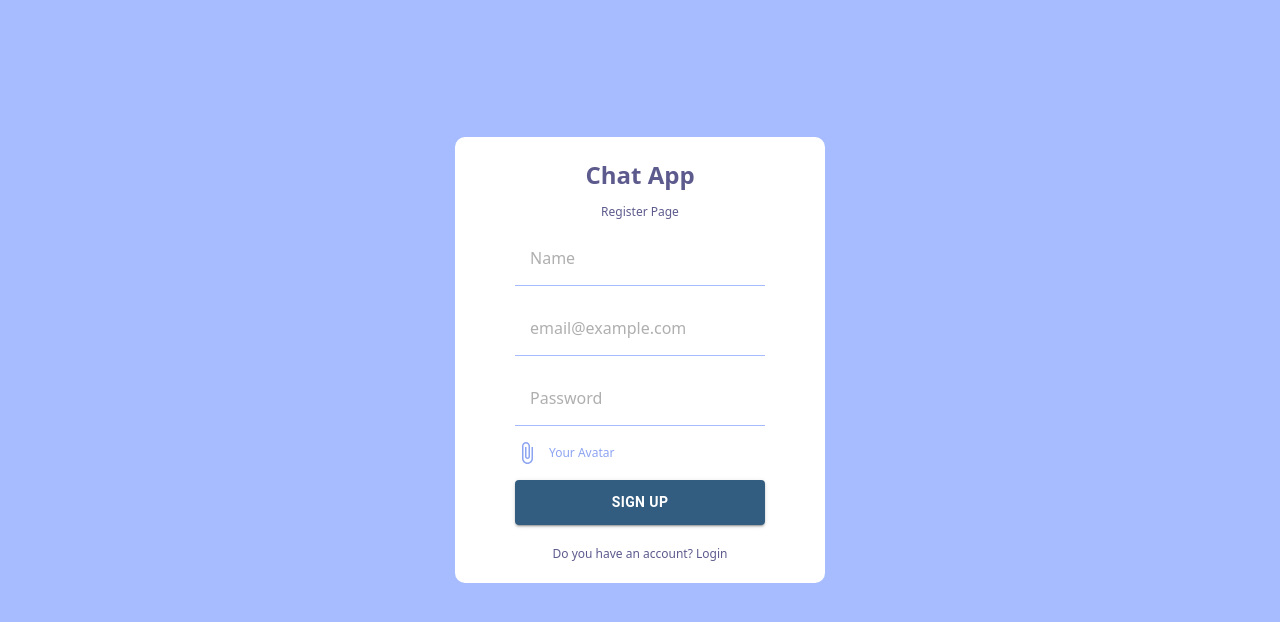
Repository: Nurlan-Bakenbaev/chat-app
Page: /register
An editor plug-in stored every save of this project. The page is shown before and after the next save, followed by the edit.
The browser window is 1280 px wide. The pictures show the whole page.
The project was rebuilt for these pictures with package versions that can differ from the ones it lists, and the page was loaded fresh each time. Also part of the build but not shown: vite.config.js, src/components/Search.jsx, src/components/Chats.jsx, src/components/Navbar.jsx, src/components/SideBar.jsx, src/components/Message.jsx, src/components/Messages.jsx, src/components/Input.jsx and 2 more. Imported but missing from the stored project, and not drawn on this page: src/pages/Login.

Above is the page before, as saved 2023-08-23 19:48:08.

### index.html
<!doctype html>
<html lang="en">
  <head>
    <meta charset="UTF-8" />
    <link rel="preconnect" href="https://fonts.googleapis.com">
<link rel="preconnect" href="https://fonts.gstatic.com" crossorigin>
<link href="https://fonts.googleapis.com/css2?family=Montserrat:wght@400;600&display=swap" rel="stylesheet">
    <link rel="icon" type="image/svg+xml" href="/vite.svg" />
    <meta name="viewport" content="width=device-width, initial-scale=1.0" />
    <title>Chat App</title>
  </head>
  <body>
    <div id="root"></div>
    <script type="module" src="/src/main.jsx"></script>
  </body>
</html>

### src/main.jsx
import React from "react";
import ReactDOM from "react-dom/client";
import App from "./App.jsx";
import "./index.css";
import { ChatContextProvider } from "./components/context/ChatContext.jsx";
import { AuthContextProvider } from "./components/context/AuthContext.jsx";
ReactDOM.createRoot(document.getElementById("root")).render(
  <AuthContextProvider>
    <ChatContextProvider>
      <React.StrictMode>
        <App />
      </React.StrictMode>
    </ChatContextProvider>
  </AuthContextProvider>
);

### src/App.jsx
import "./style.scss";
import "./App.css";
import { BrowserRouter, Routes, Route, Navigate } from "react-router-dom";
import Register from "./pages/Register";
import Home from "./pages/Home";
import Login from "./pages/Login";
import { useContext } from "react";
import { AuthContext } from "./components/context/AuthContext";

function App() {
  const { currentUser } = useContext(AuthContext);

  const ProtectedRoute = ({ children }) => {
    if (!currentUser) {
      return <Navigate to="/" />;
    }
    return children;
  };
  return (
    <BrowserRouter>
      <Routes>
        <Route path="/" element={<Login />} />
        <Route path="/register" element={<Register />} />
        <Route
          path="/home"
          index
          element={
            <ProtectedRoute>
              <Home />
            </ProtectedRoute>
          }
        />
      </Routes>
    </BrowserRouter>
  );
}

export default App;

### src/components/context/ChatContext.jsx
import { createContext, useContext, useReducer } from "react";
import { AuthContext } from "./AuthContext";

export const ChatContext = createContext();

export const ChatContextProvider = ({ children }) => {
  const { currentUser } = useContext(AuthContext);
  const INITIAL_STATE = {
    chatId: "null",
    user: {},
  };

  const chatReducer = (state, action) => {
    switch (action.type) {
      case "CHANGE_USER":
        return {
          user: action.payload,
          chatId:
            currentUser.uid > action.payload.uid
              ? currentUser.uid + action.payload.uid
              : action.payload.uid + currentUser.uid,
        };

      default:
        return state;
    }
  };

  const [state, dispatch] = useReducer(chatReducer, INITIAL_STATE);

  return (
    <ChatContext.Provider value={{ data: state, dispatch }}>
      {children}
    </ChatContext.Provider>
  );
};

### src/components/context/AuthContext.jsx
import { createContext, useEffect, useState } from "react";
import { auth } from "../../firebase";
import { onAuthStateChanged } from "firebase/auth";

export const AuthContext = createContext();

export const AuthContextProvider = ({ children }) => {
  const [currentUser, setCurrentUser] = useState({});

  useEffect(() => {
    const unsub = onAuthStateChanged(auth, (user) => {
      setCurrentUser(user);
      console.log(user);
    });

    return () => {
      unsub();
    };
  }, []);

  return (
    <AuthContext.Provider value={{ currentUser }}>
      {children}
    </AuthContext.Provider>
  );
};

### src/style.scss
@mixin mobile {
  @media screen and (max-width: 480px) {
    @content;
  }
}
@mixin tablet {
  @media screen and (max-width: 768px) {
    @content;
  }
}
@mixin laptop {
  @media screen and (max-width: 1200px) {
    @content;
  }
}

.formContainer {
  background-color: #a7bcff;
  height: 100vh;
  display: flex;
  align-items: center;
  justify-content: center;

  .formWrapper {
    background-color: white;
    padding: 20px 60px;
    border-radius: 10px;
    display: flex;
    flex-direction: column;
    gap: 10px;
    align-items: center;

    .logo {
      color: #5d5b8d;
      font-weight: bold;
      font-size: 24px;

    }

    .title {
      color: #5d5b8d;
      font-size: 12px;
    }

    form {
      display: flex;
      flex-direction: column;
      gap: 15px;

      input {
        padding: 15px;
        border: none;
        width: 250px;
        border-bottom: 1px solid #a7bcff;
        &::placeholder {
          color: rgb(175, 175, 175);
        }
      }
@mixin mobile {
  @media screen and (max-width: 480px) {
    @content;
  }
}
@mixin tablet {
  @media screen and (max-width: 768px) {
    @content;
  }
}
@mixin laptop {
  @media screen and (max-width: 1200px) {
    @content;
  }
}

.formContainer {
  background-color: #a7bcff;
  height: 100vh;
  display: flex;
  align-items: center;
  justify-content: center;

  .formWrapper {
    background-color: white;
    padding: 20px 60px;
    border-radius: 10px;
    display: flex;
    flex-direction: column;
    gap: 10px;
    align-items: center;

    .logo {
      color: #5d5b8d;
      font-weight: bold;
      font-size: 24px;

    }

    .title {
      color: #5d5b8d;
      font-size: 12px;
    }

    form {
      display: flex;
      flex-direction: column;
      gap: 15px;

      input {
        padding: 15px;
        border: none;
        width: 250px;
        border-bottom: 1px solid #a7bcff;
        &::placeholder {
          color: rgb(175, 175, 175);
        }
      }

      button {
        background-color: #7b96ec;
        color: white;
        padding: 10px;
        font-weight: bold;
        border: none;
        cursor: pointer;
      }

      label {
        display: flex;
        align-items: center;
        gap: 10px;
        color: #000000;
        font-size: 12px;
        cursor: pointer;
        transition: scale 0.3s ease-in;
        &:hover{
          transform: scale(1.05);
        }
      }

    }
    p {
      color: #5d5b8d;
      font-size: 12px;
      margin-top: 10px;
    }
  }
}

.home {
  background-color: #a7bcff;
  height: 100vh;
  display: flex;
  align-items: center;
  justify-content: center;

  .container {
    border: 1px solid white;
    border-radius: 10px;
    width: 65%;
    height: 80%;
    display: flex;
    overflow: hidden;
    @include tablet {
     width: 90%;
    }

    .sidebar {
      flex: 1;
      background-color: #3e3c61;
      position: relative;

      .navbar {
        display: flex;
        align-items: center;
        background-color: #2f2d52;
        height: 50px;
        padding: 10px;
        justify-content: space-between;
        color: #ddddf7;

        .logo {
          font-weight: bold;
          @include tablet {
            display: none;
          }
        }

        .user {
          display: flex;
          gap: 10px;

          img {
            background-color: #ddddf7;
            height: 24px;
            width: 24px;
            border-radius: 50%;
            object-fit: cover;
          }

          button {
            background-color: #5d5b8d;
            color: #ddddf7;
            font-size: 10px;
            border: none;
            cursor: pointer;
            @include tablet {
              position: absolute;
              bottom: 10px;
            }
          }
        }
      }
      .search {
        border-bottom: 1px solid gray;

        .searchForm {
          padding: 10px;

          input {
            background-color: transparent;
            border: none;
            color: white;
            outline: none;

            &::placeholder {
              color: lightgray;
            }
          }
        }
      }

      .userChat {
        padding: 10px;
        display: flex;
        align-items: center;
        gap: 10px;
        color: white;
        cursor: pointer;

        &:hover {
          background-color: #2f2d52;
        }

        img {
          width: 50px;
          height: 50px;
          border-radius: 50%;
          object-fit: cover;
        }

        .userChatInfo {
          span {
            font-size: 18px;
            font-weight: 500;
          }
          p {
            font-size: 14px;
            color: lightgray;
          }
        }
      }
    }
    .chat {
      flex: 2;

      .chatInfo {
        height: 50px;
        background-color: #5d5b8d;
        display: flex;
        align-items: center;
        justify-content: space-between;
        padding: 10px;
        color: lightgray;
      }

      .chatIcons {
        display: flex;
        gap: 10px;

        img {
          height: 24px;
          cursor: pointer;
        }
      }

      .messages {
        background-color: #ddddf7;
        padding: 10px;
        height: calc(100% - 160px);
        overflow: scroll;

        .message {
          display: flex;
          gap: 20px;
          margin-bottom: 20px;

          .messageInfo {
            display: flex;
            flex-direction: column;
            color: gray;
            font-weight: 300;

            img {
              width: 40px;
              height: 40px;
              border-radius: 50%;
              object-fit: cover;
            }
          }
          .messageContent {
            max-width: 80%;
            display: flex;
            flex-direction: column;
            gap: 10px;

            p {
              background-color: white;
              padding: 10px 20px;
              border-radius: 0px 10px 10px 10px;
              max-width: max-content;
            }

            img {
              width: 50%;
            }
          }

          &.owner {
            flex-direction: row-reverse;

            .messageContent {
              align-items: flex-end;
              p {
                background-color: #8da4f1;
                color: white;
                border-radius: 10px 0px 10px 10px;
              }
            }
          }
        }
      }

      .input {
        height: 50px;
        background-color: white;
        padding: 10px;
        display: flex;
        align-items: center;
        justify-content: space-between;

        input {
          width: 100%;
          border: none;
          outline: none;
          color: #2f2d52;
          font-size: 18px;

          &::placeholder {
            color: lightgray;
          }
        }

        .send {
          display: flex;
          align-items: center;
          gap: 10px;

          img {
            height: 24px;
            cursor: pointer;
          }

          button {
            border: none;
            padding: 10px 15px;
            color: white;
            background-color: #8da4f1;
            cursor: pointer;
          }
        }
      }
    }
  }
}
      button {
        background-color:rgb(51, 93, 128);
        color: white;
        padding: 10px;
        font-weight: bold;
        border: none;
        cursor: pointer;
      }

      label {
        display: flex;
        align-items: center;
        gap: 10px;
        color: #8da4f1;
        font-size: 12px;
        cursor: pointer;

        img {
          width: 32px;
        }
      }
    }
    p {
      color: #5d5b8d;
      font-size: 12px;
      margin-top: 10px;
    }
  }
}

.home {
  background-color: #a7bcff;
  height: 100vh;
  display: flex;
  align-items: center;
  justify-content: center;

  .container {
    border: 1px solid white;
    border-radius: 10px;
    width: 65%;
    height: 80%;
    display: flex;
    overflow: hidden;
    @include tablet {
     width: 90%;
    }

    .sidebar {
      flex: 1;
      background-color: #3e3c61;
      position: relative;

      .navbar {
        display: flex;
        align-items: center;
        background-color: #2f2d52;
        height: 50px;
        padding: 10px;
        justify-content: space-between;
        color: #ddddf7;

        .logo {
          font-weight: bold;
          @include tablet {
            display: none;
          }
        }

        .user {
          display: flex;
          gap: 10px;

          img {
            background-color: #ddddf7;
            height: 24px;
            width: 24px;
            border-radius: 50%;
            object-fit: cover;
          }

          button {
            background-color: #5d5b8d;
            color: #ddddf7;
            font-size: 10px;
            border: none;
            cursor: pointer;
            @include tablet {
              position: absolute;
              bottom: 10px;
            }
          }
        }
      }
      .search {
        border-bottom: 1px solid gray;

        .searchForm {
          padding: 10px;

          input {
            background-color: transparent;
            border: none;
            color: white;
            outline: none;

            &::placeholder {
              color: lightgray;
            }
          }
        }
      }

      .userChat {
        padding: 10px;
        display: flex;
        align-items: center;
        gap: 10px;
        color: white;
        cursor: pointer;

        &:hover {
          background-color: #2f2d52;
        }

        img {
          width: 50px;
          height: 50px;
          border-radius: 50%;
          object-fit: cover;
        }

        .userChatInfo {
          span {
            font-size: 18px;
            font-weight: 500;
          }
          p {
            font-size: 14px;
            color: lightgray;
          }
        }
      }
    }
    .chat {
      flex: 2;

      .chatInfo {
        height: 50px;
        background-color: #5d5b8d;
        display: flex;
        align-items: center;
        justify-content: space-between;
        padding: 10px;
        color: lightgray;
      }

      .chatIcons {
        display: flex;
        gap: 10px;

        img {
          height: 24px;
          cursor: pointer;
        }
      }

      .messages {
        background-color: #ddddf7;
        padding: 10px;
        height: calc(100% - 160px);
        overflow: scroll;

        .message {
          display: flex;
          gap: 20px;
          margin-bottom: 20px;

          .messageInfo {
            display: flex;
            flex-direction: column;
            color: gray;
            font-weight: 300;

            img {
              width: 40px;
              height: 40px;
              border-radius: 50%;
              object-fit: cover;
            }
          }
          .messageContent {
            max-width: 80%;
            display: flex;
            flex-direction: column;
            gap: 10px;

            p {
              background-color: white;
              padding: 10px 20px;
              border-radius: 0px 10px 10px 10px;
              max-width: max-content;
            }

            img {
              width: 50%;
            }
          }

          &.owner {
            flex-direction: row-reverse;

            .messageContent {
              align-items: flex-end;
              p {
                background-color: #8da4f1;
                color: white;
                border-radius: 10px 0px 10px 10px;
              }
            }
          }
        }
      }

      .input {
        height: 50px;
        background-color: white;
        padding: 10px;
        display: flex;
        align-items: center;
        justify-content: space-between;

        input {
          width: 100%;
          border: none;
          outline: none;
          color: #2f2d52;
          font-size: 18px;

          &::placeholder {
            color: lightgray;
          }
        }

        .send {
          display: flex;
          align-items: center;
          gap: 10px;

          img {
            height: 24px;
            cursor: pointer;
          }

          button {
            border: none;
            padding: 10px 15px;
            color: white;
            background-color: #8da4f1;
            cursor: pointer;
          }
        }
      }
    }
  }
}

### src/pages/Register.jsx
import React, { useState } from "react";
import { createUserWithEmailAndPassword, updateProfile } from "firebase/auth";
import { auth, db, storage } from "../firebase";
import { ref, uploadBytesResumable, getDownloadURL } from "firebase/storage";
import { doc, setDoc } from "firebase/firestore";
import { useNavigate, Link } from "react-router-dom";
import AttachFileIcon from "@mui/icons-material/AttachFile";
import { Button } from "@mui/material";
const Register = () => {
  const [err, setErr] = useState(false);
  const [loading, setLoading] = useState(false);
  const navigate = useNavigate();

  const handleSubmit = async (e) => {
    setLoading(true);
    e.preventDefault();
    const displayName = e.target[0].value;
    const email = e.target[1].value;
    const password = e.target[2].value;
    const file = e.target[3].files[0];

    try {
      //Create user
      const res = await createUserWithEmailAndPassword(auth, email, password);

      //Create a unique image name
      const date = new Date().getTime();
      const storageRef = ref(storage, `${displayName + date}`);

      await uploadBytesResumable(storageRef, file).then(() => {
        getDownloadURL(storageRef).then(async (downloadURL) => {
          try {
            //Update profile
            await updateProfile(res.user, {
              displayName,
              photoURL: downloadURL,
            });
            //create user on firestore
            await setDoc(doc(db, "users", res.user.uid), {
              uid: res.user.uid,
              displayName,
              email,
              photoURL: downloadURL,
            });

            //create empty user chats on firestore
            await setDoc(doc(db, "userChats", res.user.uid), {});
            navigate("/home");
          } catch (err) {
            console.log(err);
            setErr(true);
            setLoading(false);
          }
        });
      });
    } catch (err) {
      setErr(true);
      setLoading(false);
    }
  };

  return (
    <div className="formContainer">
      <div className="formWrapper">
        <span className="logo">Chat App</span>
        <span className="title">Register Page</span>
        <form onSubmit={handleSubmit}>
          <input required type="text" placeholder="Name" />
          <input required type="email" placeholder="email@example.com" />
          <input required type="password" placeholder="Password" />
          <input style={{ display: "none" }} type="file" id="file" />

            <label id="add_file" htmlFor="file">
              <AttachFileIcon />
              <span>Your Avatar</span>
            </label>
          <Button disabled={loading} variant="contained" color="success">
          Sign up
          </Button>
          {loading && "Uploading... "}
          {err && <span>Something went wrong</span>}
        </form>
        <p>
          Do you have an account? <Link to="/register">Login</Link>
        </p>
      </div>
    </div>
  );
};

export default Register;

### src/firebase.js
import { initializeApp } from "firebase/app";
import { getAuth } from "firebase/auth";
import { getFirestore } from "firebase/firestore";
import { getStorage } from "firebase/storage";

// Your web app's Firebase configuration
export const firebaseConfig = {
  apiKey: "AIzaSyBKQxRTlwDtZolWx5tuyYMwL2PQy8U3r-o",
  authDomain: "chatapp-e0ef2.firebaseapp.com",
  projectId: "chatapp-e0ef2",
  storageBucket: "chatapp-e0ef2.appspot.com",
  messagingSenderId: "155506867969",
  appId: "1:155506867969:web:94a613e7a42d1561806500",
};

// Initialize Firebase
export const app = initializeApp(firebaseConfig);
export const auth = getAuth();
export const storage = getStorage();
export const db = getFirestore();

Loaded but not shown: src/index.css (common file); src/App.css (common file); tailwind.config.js (common file)

After the next save:
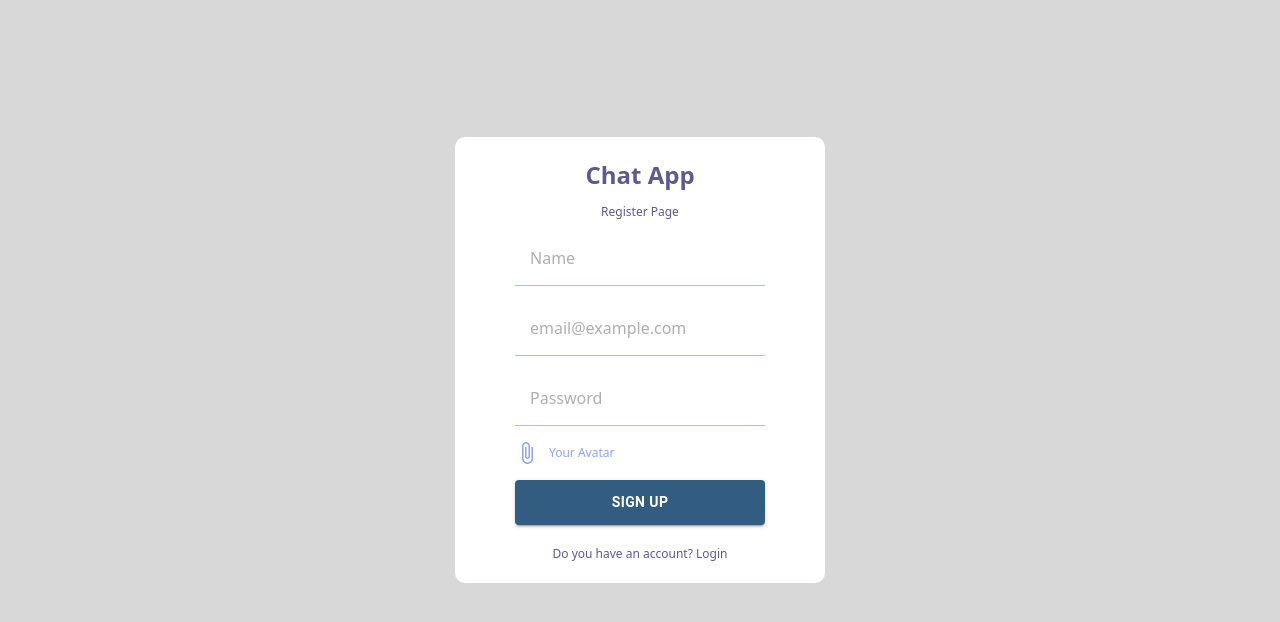
Saved 52 s later.
--- a/src/style.scss
+++ b/src/style.scss
@@ -15,7 +15,7 @@
 }
 
 .formContainer {
-  background-color: #a7bcff;
+  background-color: #d8d8d8;
   height: 100vh;
   display: flex;
   align-items: center;
